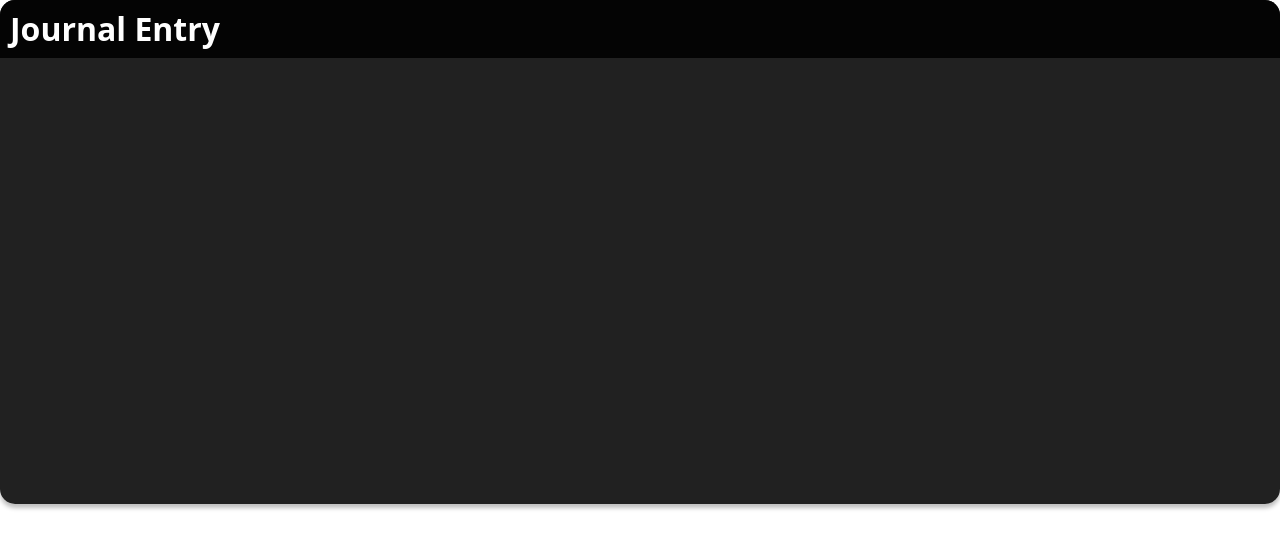
Repository: kestermbah/ai-journal
Page: /
The author's editor kept a copy of each file at every save. The page is drawn from the files as they stood at one save, then again after the next save.
The browser window is 1280 px wide. The pictures show the whole page.
The project was rebuilt for these pictures with package versions that can differ from the ones it lists, and the page was loaded fresh each time. Also part of the build but not shown: vite.config.ts, src/index.css, src/App.css.

Above is the page before, as saved 2024-12-24 20:55:39.

After the next save:
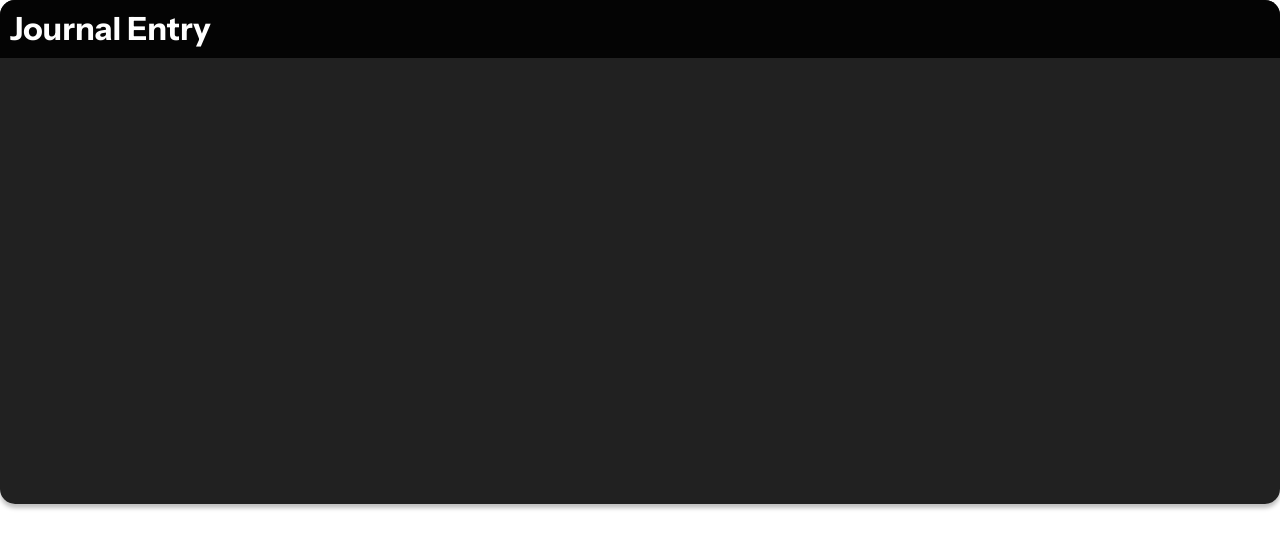
Saved 27 s later.
--- a/src/components/Journal.css
+++ b/src/components/Journal.css
@@ -1,5 +1,7 @@
 @import url('https://fonts.googleapis.com/css2?family=Instrument+Sans:ital,wght@0,400..700;1,400..700&family=Outfit:wght@100..900&display=swap');
-
+body {
+    font-family: 'Instrument Sans', sans-serif;
+}
 .Title{
     text-align: left;
     color : white;
@@ -11,8 +13,7 @@
     border-top-right-radius: 15px;
     margin-bottom: 1rem;
     background: #040404;
-
-
+    font-family: 'Instrument Sans', sans-serif;
 
 }
 
